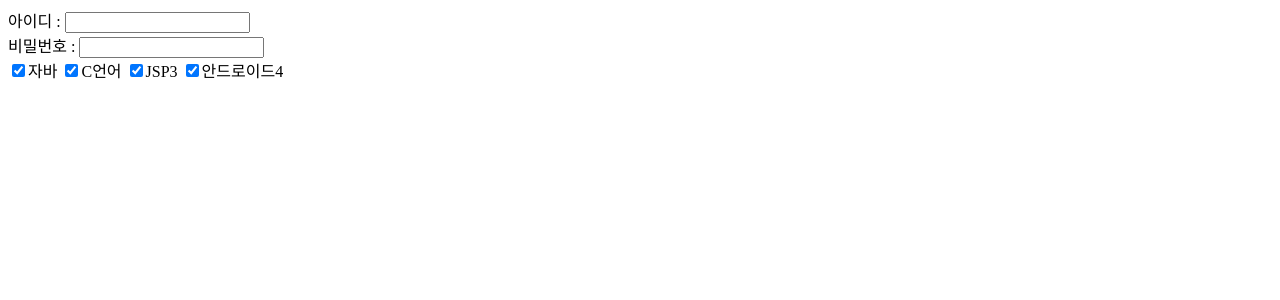
Repository: MyeongHyeonYoo/jsp_data
Page: pro06/src/main/webapp/input.html
These files come from the project's save history. The page is drawn as it stood at one moment and after the next save; the edit follows.
The browser window is 1280 px wide. The pictures show the whole page.

Above is the page before, as saved 2022-12-05 06:32:23.

### pro06/src/main/webapp/input.html
<!DOCTYPE html>
	<html>
	<head>
	<meta charset="UTF-8">
	<title>여러 가지 input 타입 표시 창</title>
	</head>
	<body>
		<form name="frmInput" action="input">
			아이디 : <input type="text" name="user_id"><br>
			비밀번호 : <input type="password" name="user_pw"><br>
			<input type="checkbox" name="subject" value="java" checked>자바
			<input type="checkbox" name="subject" value="C언어" checked>C언어
			<input type="checkbox" name="subject" value="JSP" checked>JSP3
			<input type="checkbox" name="subject" value="안드로이드" checked>안드로이드4
		</form>
	</body>
</html>

After the next save:
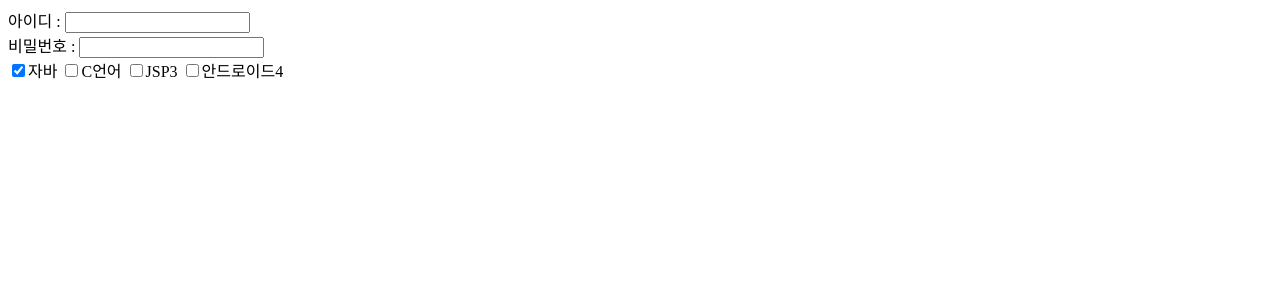
Saved 8 s later.
--- a/pro06/src/main/webapp/input.html
+++ b/pro06/src/main/webapp/input.html
@@ -9,9 +9,9 @@
 			아이디 : <input type="text" name="user_id"><br>
 			비밀번호 : <input type="password" name="user_pw"><br>
 			<input type="checkbox" name="subject" value="java" checked>자바
-			<input type="checkbox" name="subject" value="C언어" checked>C언어
-			<input type="checkbox" name="subject" value="JSP" checked>JSP3
-			<input type="checkbox" name="subject" value="안드로이드" checked>안드로이드4
+			<input type="checkbox" name="subject" value="C언어">C언어
+			<input type="checkbox" name="subject" value="JSP">JSP3
+			<input type="checkbox" name="subject" value="안드로이드">안드로이드4
 		</form>
 	</body>
 </html>
